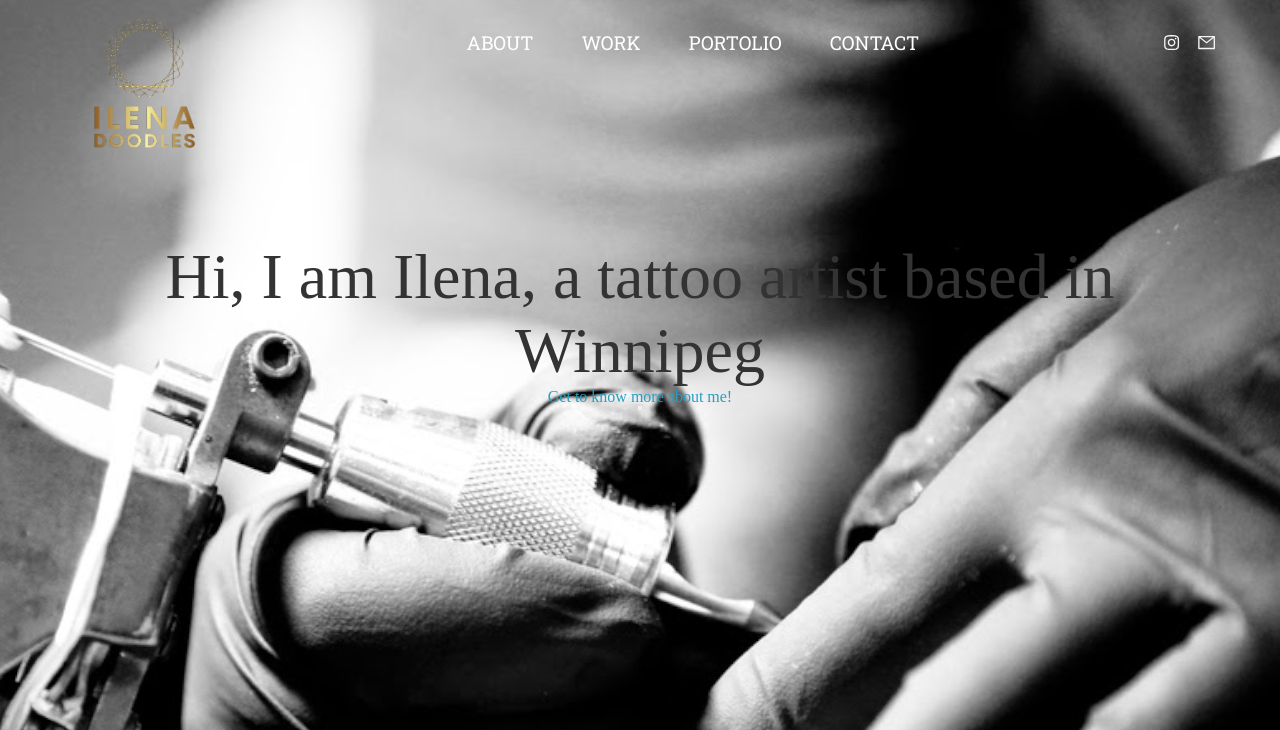
Repository: Leoka2000/Ilena
Page: /
The author's editor kept a copy of each file at every save. The page is drawn from the files as they stood at one save, then again after the next save.
The browser window is 1280 px wide. The pictures show the whole page.
Some web fonts or font styles are not loaded; a fallback is used. The project was rebuilt for these pictures with package versions that can differ from the ones it lists, and the page was loaded fresh each time. Also part of the build but not shown: src/App.css.

Above is the page before, as saved 2023-03-02 11:17:13.

After the next save:
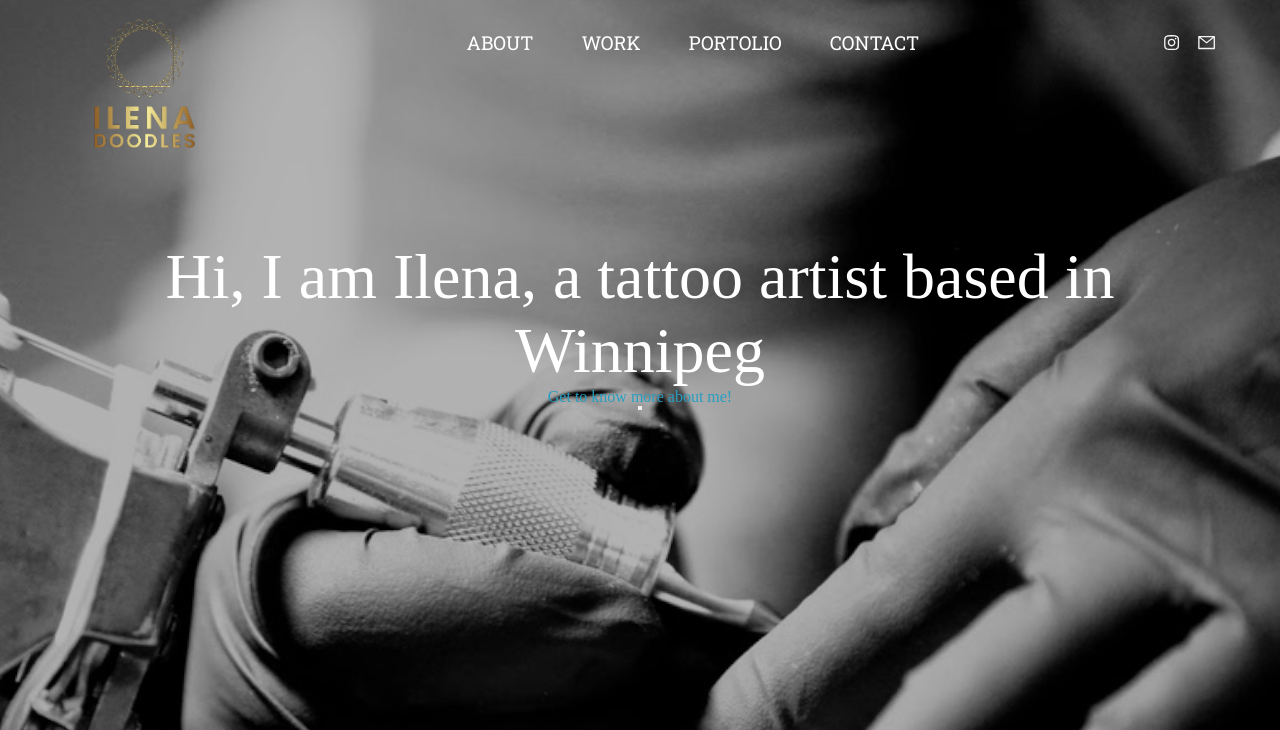
Saved 36 s later.
--- a/src/pages/hero/hero.css
+++ b/src/pages/hero/hero.css
@@ -1,39 +1,39 @@
 .hero-section {
-    position: relative;
-    padding: 15rem 0 20rem 0;
-    background-image: url('../../assets/brand/hero-img.png');
-    object-fit: contain;
-    background-position: top;
-    background-attachment: scroll;
-    z-index: -1;
-    display: flex;
-    justify-content: center;
-    flex-direction: column;
-    align-items: center;
-    text-align: center;
-    color: white;
-  }
+  position: relative;
+  padding: 15rem 0 20rem 0;
+  background-image: url('../../assets/brand/hero-img.png');
+  object-fit: contain;
+  background-position: top;
+  background-attachment: scroll;
+  z-index: -1;
+  display: flex;
+  justify-content: center;
+  flex-direction: column;
+  align-items: center;
+  text-align: center;
+  color: white;
+}
 
-  .hero-section::before {
-    content: "";
-    position: absolute;
-    top: 0;
-    left: 0;
-    width: 100%;
-    height: 100%;
-    background-color: rgba(0, 0, 0, 0); /* adjust the opacity as needed */
-    filter: brightness(0.7); /* apply the filter to the overlay */
-    z-index: -1;
-  }
+.hero-section::before {
+  content: "";
+  position: absolute;
+  top: 0;
+  left: 0;
+  width: 100%;
+  height: 100%;
+  background-color: rgba(0, 0, 0, 0.3); /* adjust the opacity as needed */
+  filter: brightness(0.7); /* apply the filter to the overlay */
+  z-index: -1;
+}
 
-  .hero-section > h1 {
-    font-family: 'Gloock', serif;
-    font-size: 4rem;
-    width: 80%;
-    filter: brightness(20%);
-    color: rgb(255, 255, 255);
-  }
+.hero-section > h1 {
+  font-family: 'Gloock', serif;
+  font-size: 4rem;
+  width: 80%;
+  filter: brightness(100%);
+  color: rgb(255, 255, 255);
+}
 
-  .hero-section > p {
-    color: rgb(38, 158, 194);
-  }
+.hero-section > p {
+  color: rgb(38, 158, 194);
+}
